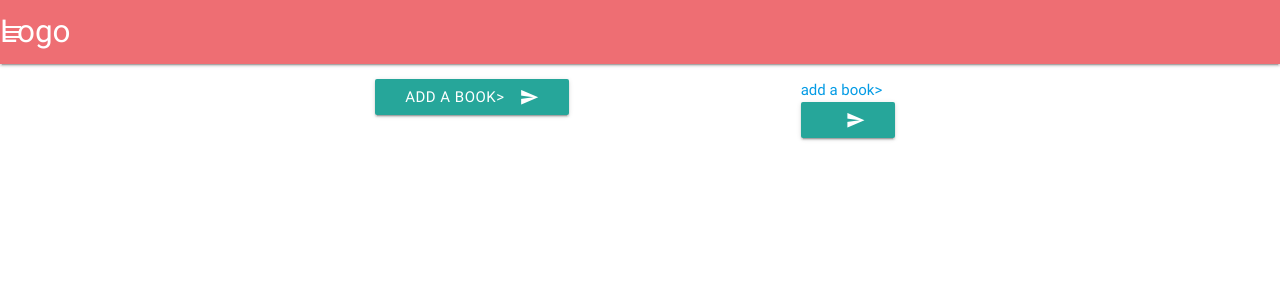
Repository: h8130084/bookReview
Page: http://localhost/
The author's editor kept a record of every edit. The page is drawn from the files as they stood at one moment, then again after the next edit.
The browser window is 1280 px wide. The pictures show the whole page.
Some web libraries are served in a nearby version. The page is served by the project's application, run on Flask 3 (app.py). Queries for data that is not in the repository find no rows.

Above is the page before.
Console error: ReferenceError: M is not defined

After the next edit:
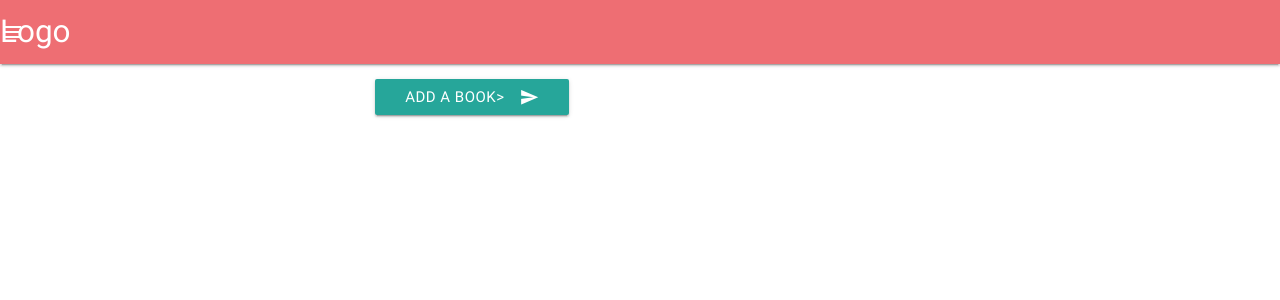
The edit:
--- a/templates/books.html
+++ b/templates/books.html
@@ -26,9 +26,9 @@
             </button>
         </form>
     </div>
-   <a href="{{url_for('add_book')}}"> add a book><button class="btn waves-effect waves-light">  </a>
-   <i class="material-icons right">send</i>
-   </button>
-</div>
+<!--   <a href="{{url_for('add_book')}}"> add a book><button class="btn waves-effect waves-light">  </a>-->
+<!--   <i class="material-icons right">send</i>-->
+<!--   </button>-->
+<!--</div>-->
 
 {% endblock %}
